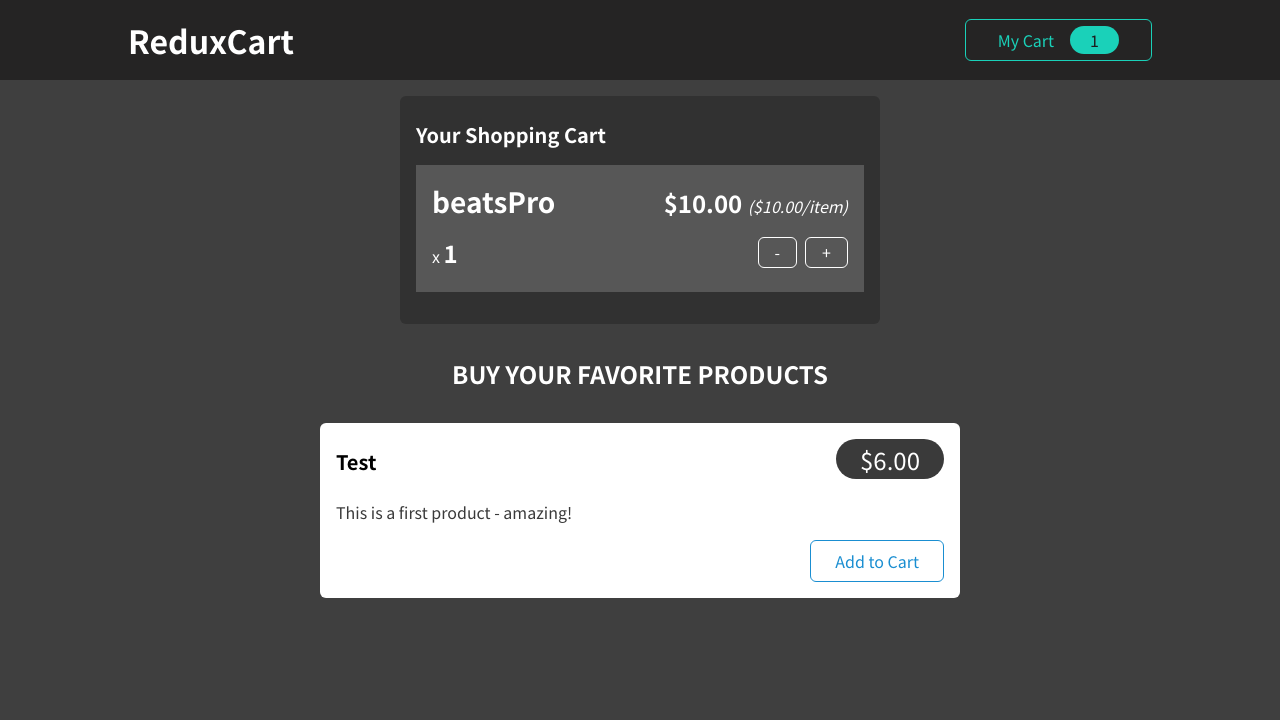
Repository: NamalPathirana/Redux-two-async
Page: /
The author's editor kept a copy of each file at every save. The page is drawn from the files as they stood at one save, then again after the next save.
The browser window is 1280 px wide. The pictures show the whole page.
The project was rebuilt for these pictures with package versions that can differ from the ones it lists, and the page was loaded fresh each time.

Above is the page before, as saved 2022-04-13 16:52:10.

### src/index.js
import ReactDOM from 'react-dom/client';

import './index.css';
import App from './App';
import { Provider } from 'react-redux';
import store from './store/store';



const root = ReactDOM.createRoot(document.getElementById('root'));
root.render(<Provider store={store}><App /></Provider>);

### src/store/store.js
import { configureStore } from "@reduxjs/toolkit";
import cartSlice from "./cart"

const store = configureStore({
    reducer:{
        cart:cartSlice,
    },
});


export default store;

### src/components/Cart/Cart.js
import Card from "../UI/Card";
import classes from "./Cart.module.css";
import CartItem from "./CartItem";
import { useSelector } from "react-redux";

const Cart = (props) => {
  const cartItems = useSelector((state) => {
    return state.cart.items;
  });
  const totalQuantity = {};

  return (
    <Card className={classes.cart}>
      <h2>Your Shopping Cart</h2>
      <ul>
        {cartItems.map((item) => {
          return (
            <CartItem
              item={{ title: item.name, quantity: item.quantity, total: item.totalPrice, price: item.price}}
            />
          );
        })}
      </ul>
    </Card>
  );
};

export default Cart;

### src/components/Shop/Products.js
import ProductItem from "./ProductItem";
import classes from "./Products.module.css";
import { cartActions } from "../../store/cart";
import { useDispatch, useSelector } from "react-redux";
import { useEffect } from "react";

const Products = (props) => {
  const dispatch = useDispatch();

  useEffect(() => {
    dispatch(
      cartActions.addItemToCart({
        item: {
          id: 1,
          name: "beatsPro",
          description: "Wireless head set",
          quantity: 1,
          price: 10,
        },
      })
    );
  }, [dispatch]);

  const cartItems = useSelector((state) => state.cart.items);

  const productList = [
    {
      id: 1,
      name: "beatsPro",
      description: "Wireless head set",
      price: 10,
    },
    {
      id: 2,
      name: "beatsPro",
      description: "Wireless head set",
      price: 10,
    },
  ];

  return (
    <section className={classes.products}>
      <h2>Buy your favorite products</h2>
      <ul>
        <ProductItem
          title="Test"
          price={6}
          description="This is a first product - amazing!"
        />
      </ul>
    </section>
  );
};

export default Products;

### src/store/cart.js
import { createSlice } from "@reduxjs/toolkit";

// itemsTemplate = {items: [
//     {
//       id: 0,
//       name: "",
//       description: "",
//       quantity: 0,
//       price: 0,
//       totalPrice: 0,
//     },
//   ],}

const initialCartState = {
  items: [
  ],
  totalAmount: 0.0,
  totalItems:0,
};

const cartSlice = createSlice({
  name: "cart",
  initialState: initialCartState,
  reducers: {
    addItemToCart(state, actions) {
      if (actions.payload.item === null) return;

      const userEnteredItem = actions.payload.item;

      const existingItem = state.items.find(
        (item) => item.id === userEnteredItem.id
      );

      if (existingItem) {
        const itemQuantity = existingItem.reduce(
          (previousValue, currentItem) => {
            return previousValue + currentItem.quantity;
          },
          0
        );

        const newItem = { ...existingItem, quantity: itemQuantity };
        const newItemsList = {
          ...state.items.filter((obj) => obj.id !== newItem.id),
          existingItem,
        };

        state.items = newItemsList;
      } else {
        state.items.push({
          id: userEnteredItem.id,
          name: userEnteredItem.name,
          description: userEnteredItem.description,
          quantity: userEnteredItem.quantity,
          price: userEnteredItem.price,
          totalPrice: userEnteredItem.price * userEnteredItem.quantity,
        });
      }

      state.totalItems = state.items.reduce((previousValue,currentItem)=>{return previousValue+currentItem.quantity},0);

      state.totalAmount = state.items.reduce((previousValue, currentItem) => {
        return previousValue + currentItem.totalPrice;
      }, 0);
    },
  },
});

export const cartActions = cartSlice.actions;

export default cartSlice.reducer;

### src/components/Cart/CartItem.js
import classes from './CartItem.module.css';

const CartItem = (props) => {
  const { title, quantity, total, price } = props.item;

  return (
    <li className={classes.item}>
      <header>
        <h3>{title}</h3>
        <div className={classes.price}>
          ${total.toFixed(2)}{' '}
          <span className={classes.itemprice}>(${price.toFixed(2)}/item)</span>
        </div>
      </header>
      <div className={classes.details}>
        <div className={classes.quantity}>
          x <span>{quantity}</span>
        </div>
        <div className={classes.actions}>
          <button>-</button>
          <button>+</button>
        </div>
      </div>
    </li>
  );
};

export default CartItem;

### src/components/Shop/ProductItem.js
import Card from "../UI/Card";
import classes from "./ProductItem.module.css";

const ProductItem = (props) => {
  const { title, price, description } = props;

  return (
    <li className={classes.item}>
      <Card>
        <header>
          <h3>{title}</h3>
          <div className={classes.price}>${price.toFixed(2)}</div>
        </header>
        <p>{description}</p>
        <div className={classes.actions}>
          <button>Add to Cart</button>
        </div>
      </Card>
    </li>
  );
};

export default ProductItem;

### src/components/Cart/CartItem.module.css
.item {
  margin: 1rem 0;
  background-color: #575757;
  padding: 1rem;
}

.item h3 {
  margin: 0 0 0.5rem 0;
  font-size: 1.75rem;
}

.item header {
  display: flex;
  justify-content: space-between;
  align-items: baseline;
}

.details {
  display: flex;
  justify-content: space-between;
  align-items: center;
}

.quantity span {
  font-size: 1.5rem;
  font-weight: bold;
}

.price {
  font-size: 1.5rem;
  font-weight: bold;
}

.itemprice {
  font-weight: normal;
  font-size: 1rem;
  font-style: italic;
}

.actions {
  display: flex;
  justify-content: flex-end;
  margin: 0.5rem 0;
}

.actions button {
  background-color: transparent;
  border: 1px solid white;
  margin-left: 0.5rem;
  padding: 0.15rem 1rem;
  color: white;
}

.actions button:hover,
.actions button:active {
  background-color: #4b4b4b;
  color: white;
}

### src/components/Cart/CartButton.js
import classes from './CartButton.module.css';
import {useSelector} from "react-redux";

const CartButton = () => {

  const cartItemCount = useSelector(
    (state)=>{
      return state.cart.totalItems;
    }
  );

  return (
    <button className={classes.button}>
      <span>My Cart</span>
      <span className={classes.badge}>{cartItemCount}</span>
    </button>
  );
};

export default CartButton;

Loaded but not shown: public/index.html (common file); src/index.css (common file); src/App.js (common file); src/components/Layout/Layout.js (common file); src/components/UI/Card.js (common file); src/components/Cart/Cart.module.css (common file); src/components/Layout/MainHeader.js (common file); src/components/Shop/Products.module.css (common file); src/components/UI/Card.module.css (common file); src/components/Layout/MainHeader.module.css (common file); src/components/Shop/ProductItem.module.css (common file); src/components/Cart/CartButton.module.css (common file)

After the next save:
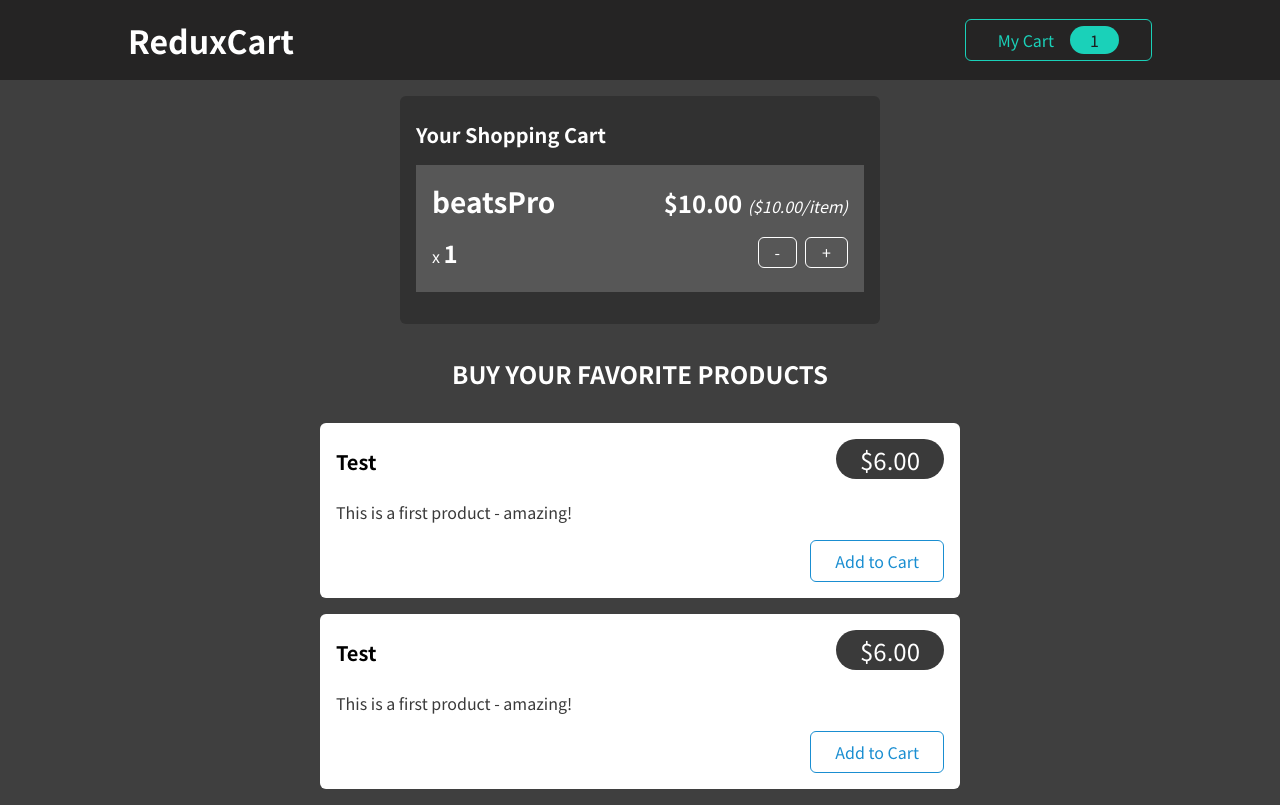
Saved 2 min 1 s later.
--- a/src/components/Shop/Products.js
+++ b/src/components/Shop/Products.js
@@ -32,8 +32,8 @@
     },
     {
       id: 2,
-      name: "beatsPro",
-      description: "Wireless head set",
+      name: "Iphone",
+      description: "space grey 5G",
       price: 10,
     },
   ];
@@ -42,11 +42,15 @@
     <section className={classes.products}>
       <h2>Buy your favorite products</h2>
       <ul>
-        <ProductItem
-          title="Test"
-          price={6}
-          description="This is a first product - amazing!"
-        />
+        {productList.map((item) => {
+          return (
+            <ProductItem
+              title="Test"
+              price={6}
+              description="This is a first product - amazing!"
+            />
+          );
+        })}
       </ul>
     </section>
   );
